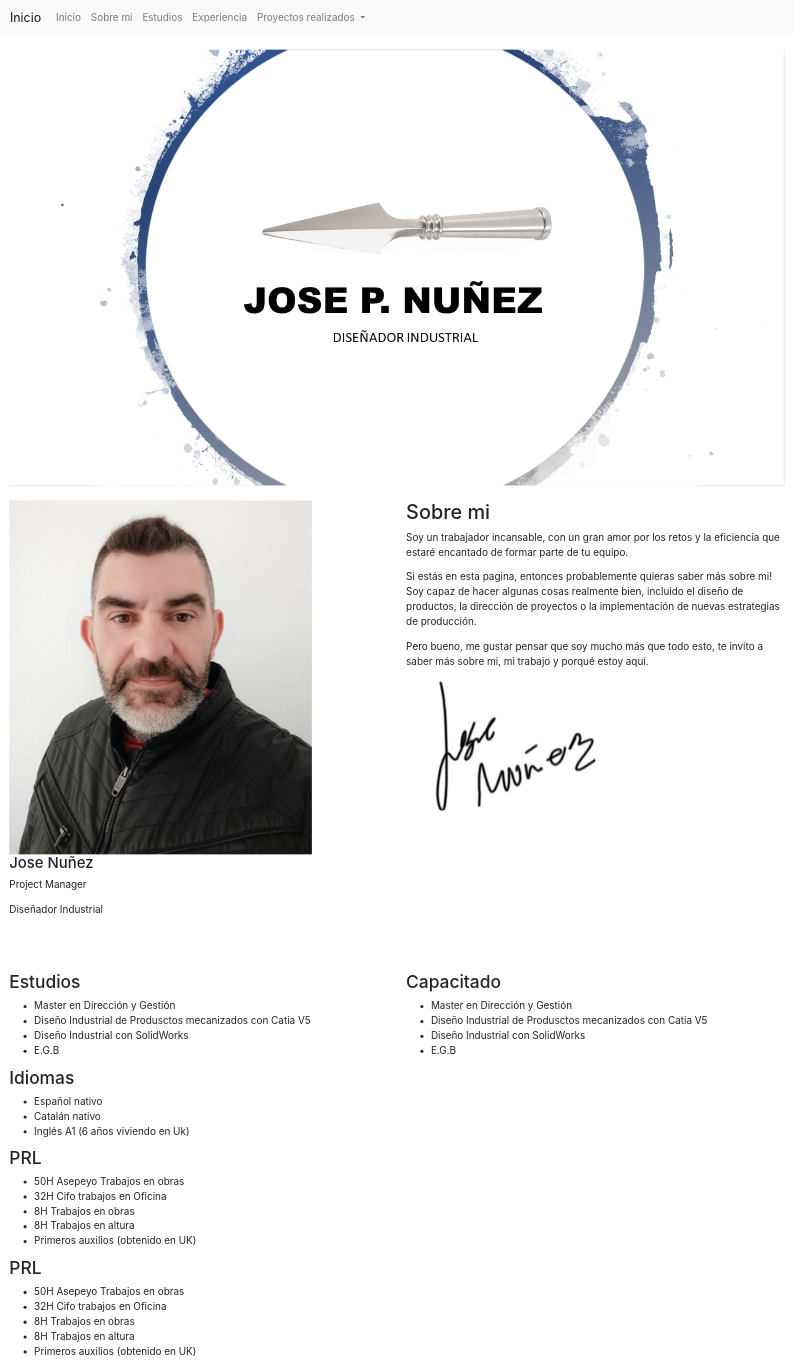
Repository: Hrotgarion1/jose
Page: index.html
These files come from the project's save history. The page is drawn as it stood at one moment and after the next save; the edit follows.
The browser window is 1280 px wide. The pictures show the whole page, at 62% of full size.

Above is the page before, as saved 2020-09-29 19:20:24.

### index.html
<!DOCTYPE html>
<html lang="en">
<head>
    <meta charset="UTF-8">
    <meta name="viewport" content="width=device-width, user-scalable=no, initial-scale=1.0, maximum-scale=1.0, minimum-scale=1.0">
    <title>josenunez.eu</title>
    <meta name="jose p nunez" content="">
    <link rel="stylesheet" href="css/bootstrap.min.css">
    <!-- Favicon -->
    <link rel="shortcut icon" href="img/LogoPuntaDeLanza.png">
</head>
<body>
    <!--Navegador responsive de la web-->
    <nav class="bg-primary navbar navbar-expand-lg navbar-light bg-light">
        <a class="navbar-brand" href="../jose/index.html">Inicio</a>
        <button class="navbar-toggler" type="button" data-toggle="collapse" data-target="#navbarNavDropdown" aria-controls="navbarNavDropdown" aria-expanded="false" aria-label="Toggle navigation">
          <span class="navbar-toggler-icon"></span>
        </button>

        <div class="collapse navbar-collapse" id="navbarNavDropdown">
          <ul class="navbar-nav">
            <li class="nav-item">
              <a class="nav-link" href="#inicio">Inicio <span class="sr-only">(current)</span></a>
            </li>
            <li class="nav-item">
              <a class="nav-link" href="#sobre">Sobre mi <span class="sr-only">(current)</span></a>
            </li>
            <li class="nav-item">
              <a class="nav-link" href="#cv">Estudios</a>
            </li>
            <li class="nav-item">
              <a class="nav-link" href="#">Experiencia</a>
            </li>
            <li class="nav-item dropdown">
              <a class="nav-link dropdown-toggle" href="#" id="navbarDropdownMenuLink" role="button" data-toggle="dropdown" aria-haspopup="true" aria-expanded="false">
                Proyectos realizados
              </a>
              <div class="dropdown-menu" aria-labelledby="navbarDropdownMenuLink">
                <a class="dropdown-item" href="../jose/solid.html">Diseños con SolidWorks</a>
                <a class="dropdown-item" href="../jose/catia.html">Diseños con Catia V5</a>
                <a class="dropdown-item" href="../jose/projects.html">Proyectos realizados</a>
                <a class="dropdown-item" href="../jose/video.html">Videos</a>
              </div>
            </li>
          </ul>
        </div>
      </nav>
      <br>

      <!--Imagen principal-->
      <div class="container-fluid">
        <section id="inicio">
          <div class="row">
            <div class="col-xs-12 col-sm-12 col-md-12 col-lg-12">
              <img src="img/LogoPuntaDeLanza.png" width="100%" height="100%">
            </div>
          </div>
        </section>
        <br>

        <!--Seccion en la que me presento-->

        <section class="main row" id="sobre">
          <article class="col-xs-12 col-sm-6 col-md-6 col-lg-6">
              <img src="img/Jose1peque.png" width="80%" height="80%">
              <br>
              <h4 class="t-name">Jose Nuñez</h4>
              <p><span class="t-role">Project Manager</span></p>
              <p><span class="t-role">Diseñador Industrial</span></p>

          </article>
          <br>

         <aside class="col-xs-12 col-sm-6 col-md-6 col-lg-6">
          <h2 class="t1-heading">Sobre mi</h2>
                <p>Soy un trabajador incansable, con un gran amor por los retos y la eficiencia que estaré encantado de formar parte de tu equipo.</p>
                <p>Si estás en esta pagina, entonces probablemente quieras saber más sobre mi! Soy capaz de hacer algunas cosas realmente bien, incluido el diseño de productos, la dirección de proyectos o la implementación de nuevas estrategias de producción.</p>
                <p>Pero bueno, me gustar pensar que soy mucho más que todo esto, te invito a saber más sobre mi, mi trabajo y porqué estoy aquí.</p>
                <img src="img/firmajose.png" width="50%" height="30%"alt="J.Nuñez">
       </aside>
        </section>
        <br><br>

        <!--Seccion en la que pongo unas listas con mis capacidades y mis estudios-->

        <section class="main row" id="cv">
          <article class="col-xs-12 col-sm-6 col-md-6 col-lg-6">
              <h3>Estudios</h3>
              <ul>
                <li>Master en Dirección y Gestión</li>
                <li>Diseño Industrial de Produsctos mecanizados con Catia V5</li>
                <li>Diseño Industrial con SolidWorks</li>
                <li>E.G.B</li>
              </ul>
              <h3>Idiomas</h3>
              <ul>
                <li>Español nativo</li>
                <li>Catalán nativo</li>
                <li>Inglés A1 (6 años viviendo en Uk)</li>
              </ul>
              <h3>PRL</h3>
              <ul>
                <li>50H Asepeyo Trabajos en obras</li>
                <li>32H Cifo trabajos en Oficina</li>
                <li>8H Trabajos en obras</li>
                <li>8H Trabajos en altura</li>
                <li>Primeros auxilios (obtenido en UK)</li>
              </ul>
              <h3>PRL</h3>
              <ul>
                <li>50H Asepeyo Trabajos en obras</li>
                <li>32H Cifo trabajos en Oficina</li>
                <li>8H Trabajos en obras</li>
                <li>8H Trabajos en altura</li>
                <li>Primeros auxilios (obtenido en UK)</li>
              </ul>


          </article>
          <br>

         <aside class="col-xs-12 col-sm-6 col-md-6 col-lg-6">
          <h3>Capacitado</h3>
              <ul>
                <li>Master en Dirección y Gestión</li>
                <li>Diseño Industrial de Produsctos mecanizados con Catia V5</li>
                <li>Diseño Industrial con SolidWorks</li>
                <li>E.G.B</li>
              </ul>
       </aside>
        </section>



      </div>



    <script src="js/jquery-3.5.1.min.js"></script>
    <script src="js/bootstrap.min.js"></script>



</body>
</html>

Loaded but not shown: css/bootstrap.min.css (library); js/jquery-3.5.1.min.js (library); js/bootstrap.min.js (library)

After the next save:
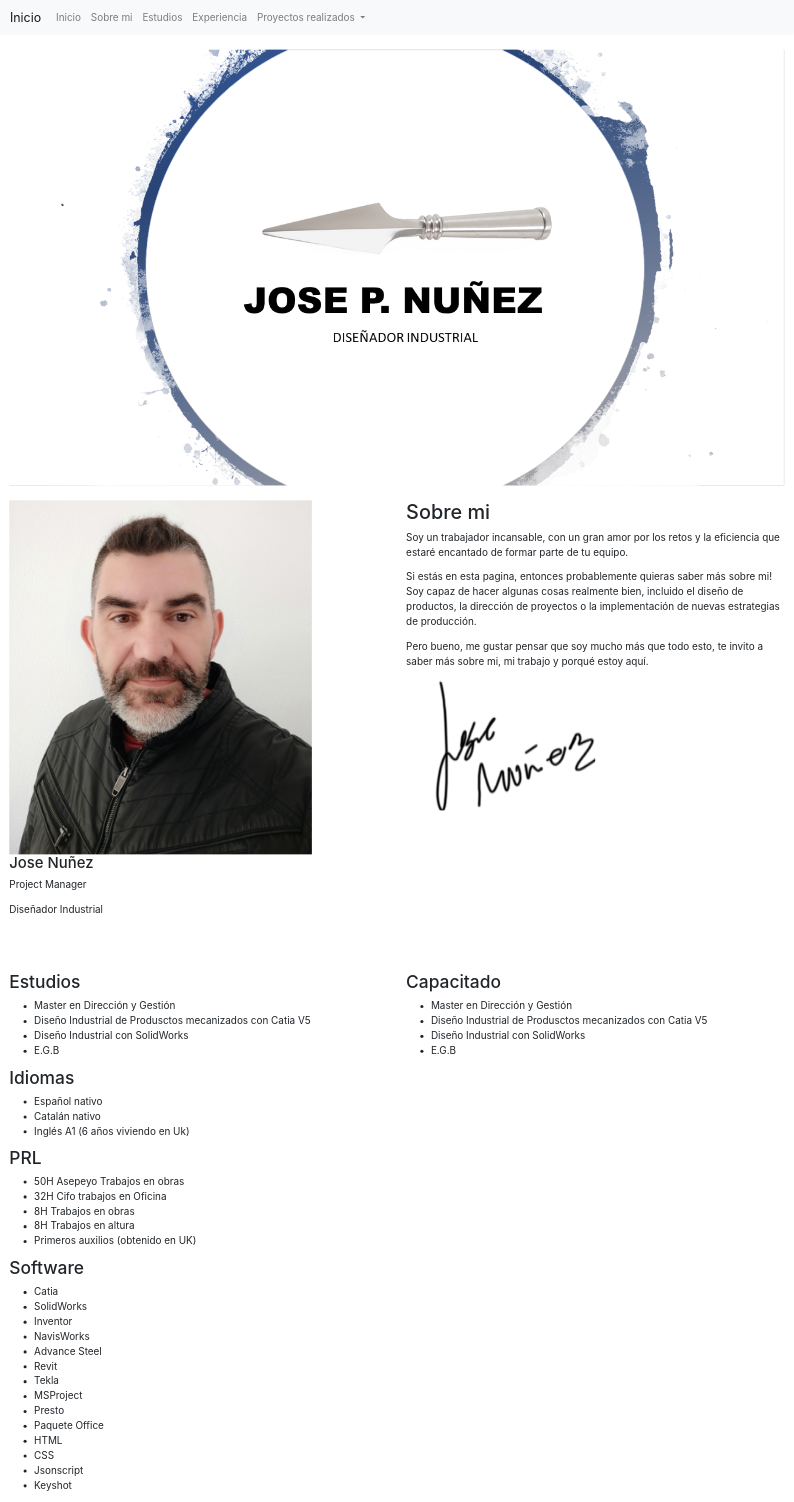
Saved 5 min 2 s later.
--- a/index.html
+++ b/index.html
@@ -106,13 +106,22 @@
                 <li>8H Trabajos en altura</li>
                 <li>Primeros auxilios (obtenido en UK)</li>
               </ul>
-              <h3>PRL</h3>
+              <h3>Software</h3>
               <ul>
-                <li>50H Asepeyo Trabajos en obras</li>
-                <li>32H Cifo trabajos en Oficina</li>
-                <li>8H Trabajos en obras</li>
-                <li>8H Trabajos en altura</li>
-                <li>Primeros auxilios (obtenido en UK)</li>
+                <li>Catia</li>
+                <li>SolidWorks</li>
+                <li>Inventor</li>
+                <li>NavisWorks</li>
+                <li>Advance Steel</li>
+                <li>Revit</li>
+                <li>Tekla</li>
+                <li>MSProject</li>
+                <li>Presto</li>
+                <li>Paquete Office</li>
+                <li>HTML</li>
+                <li>CSS</li>
+                <li>Jsonscript</li>
+                <li>Keyshot</li>
               </ul>
 
 
